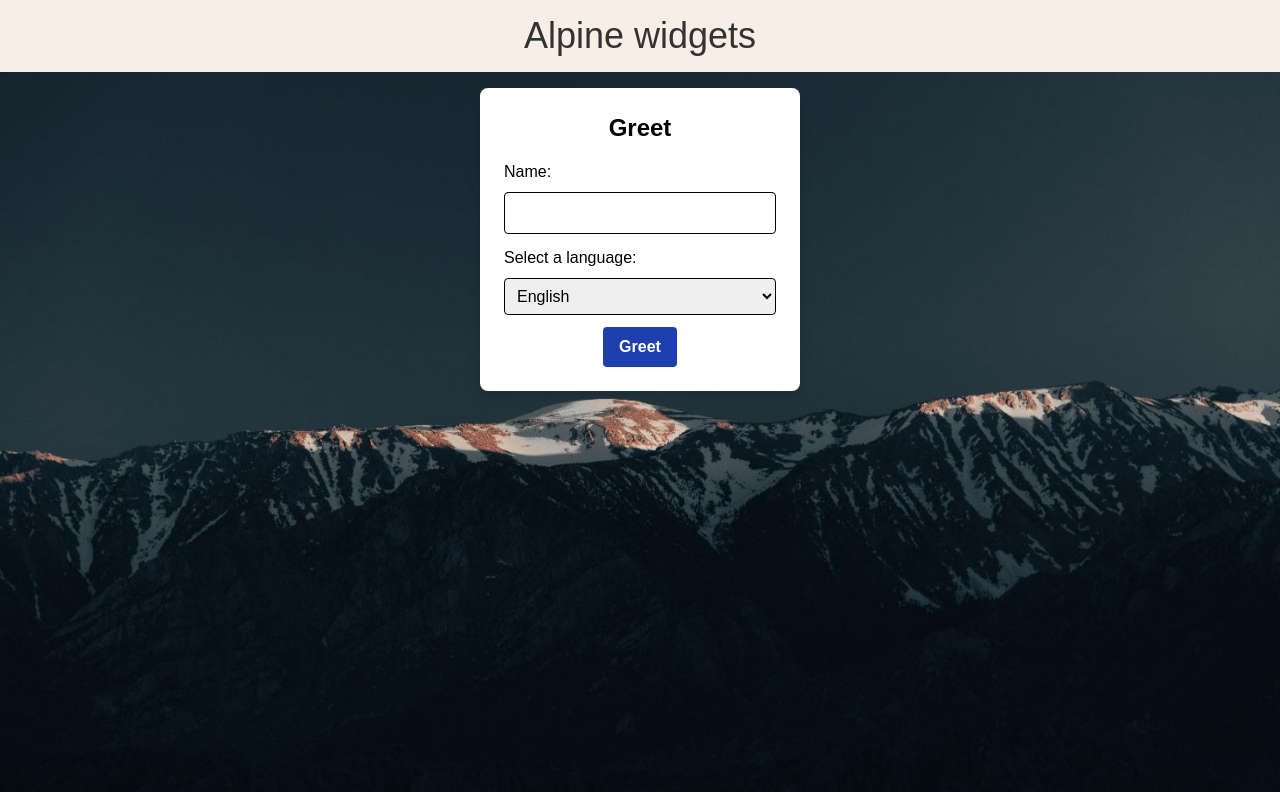
Repository: lasity34/alpine-bootcamp-widgets
Page: index.html
The author's editor kept a copy of each file at every save. The page is drawn from the files as they stood at one save, then again after the next save.
The browser window is 1280 px wide. The pictures show the whole page.
Some web fonts or font styles are not loaded; a fallback is used. Some web libraries are served in a nearby version.

Above is the page before, as saved 2023-07-12 11:53:29.

After the next save:
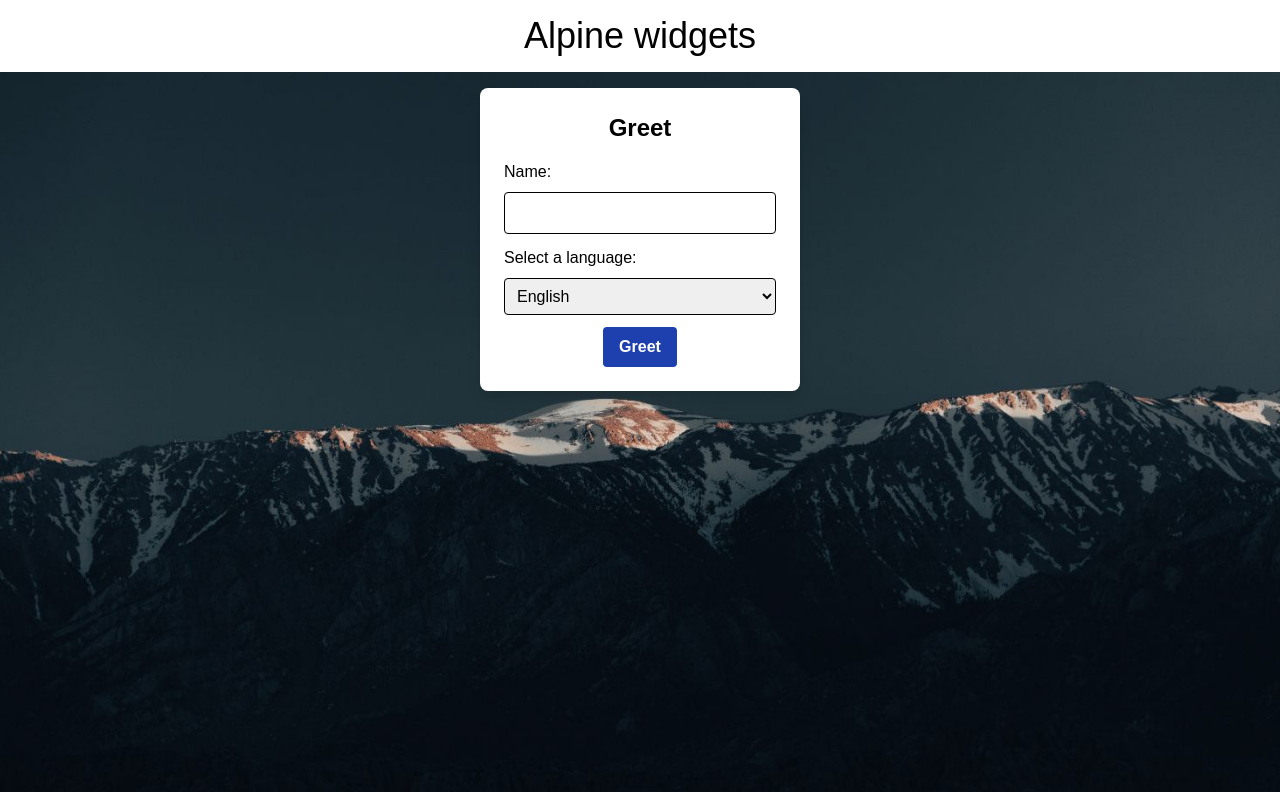
Saved 5 min 43 s later.
--- a/style.css
+++ b/style.css
@@ -1,5 +1,5 @@
 body {
-    background-color:rgb(247, 239, 229);
+
 
     font-family: 'Tsukimi Rounded', sans-serif;
 }
@@ -7,7 +7,7 @@ body {
 h1 {
     box-shadow: 0 10px 10px -10px rgba(0,0,0,0.2);
     font-family: 'Tsukimi Rounded', sans-serif;
-    color: #333;
+    color: #020101;
 }
 
 .widget_container {
